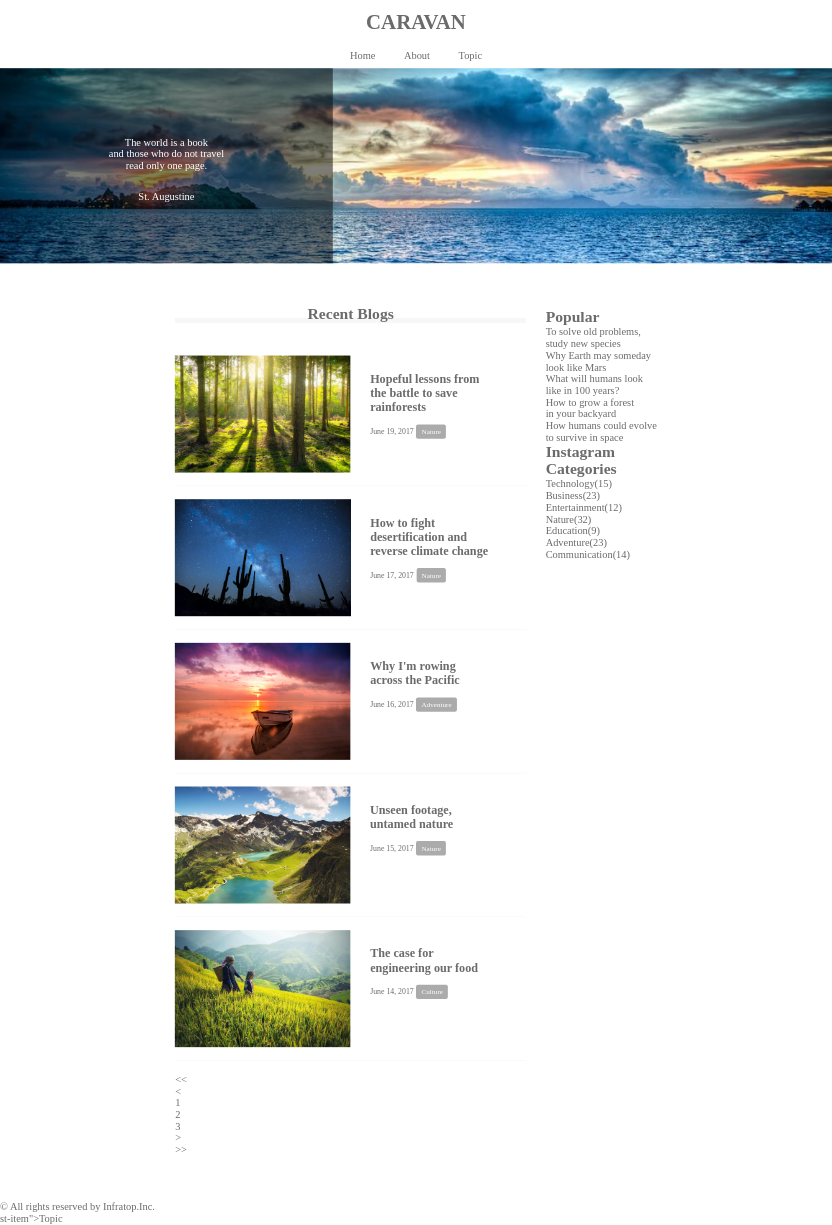
Repository: ayakodesu/html-practice
Page: caravan/index.html
The author's editor kept a record of every edit. The page is drawn from the files as they stood at one moment, then again after the next edit.
The browser window is 1280 px wide. The pictures show the whole page, at 65% of full size.

Above is the page before.

### caravan/index.html
<!DOCTYPE html>
<html lang="ja">
  <head>
    <meta charset="UTF-8" />
    <!-- CSSファイルの読み込み -->
    <link rel="stylesheet" href="style.css" />
    <title>CARAVAN</title>
  </head>

  <body>
    <!-- header -->
    <header>
      <h1 class="heading">
        <a href="index.html">
          CARAVAN
        </a>
      </h1>
    </header>

    <!-- navigation -->
    <nav>
      <ul class="nav-list">
        <li class="nav-list-item">
          <a href="index.html">Home</a>
        </li>
        <li class="nav-list-item">About</li>
        <li class="nav-list-item">Topic</li>
      </ul>
    </nav>

    <!-- main-visual用のdiv -->
    <div class="main-visual">
      <div class="main-visual-content">
        <p class="main-visual-text">
          The world is a book<br />
          and those who do not travel<br />
          read only one page.
        </p>
        <p class="main-visual-name">
          St. Augustine
        </p>
      </div>
    </div>

    <!-- main用のdiv -->
    <main>
      <section class="blog">
        <h2 class="blog-heading">Recent Blogs</h2>
        <div class="blog-box">
          <div class="blog-item">
            <img class="blog-image" src="img/forest.jpg" />
            <section class="blog-text">
              <h3 class="blog-text-heading">
                <a href="single.html">
                  Hopeful lessons from<br />
                  the battle to save<br />
                  rainforests
                </a>
              </h3>
              <p class="blog-date">June 19, 2017</p>
              <span class="category">Nature</span>
            </section>
          </div>
          <div class="blog-item">
            <img class="blog-image" src="img/desert.jpg" />
            <section class="blog-text">
              <h3 class="blog-text-heading">
                <a href="single.html">
                  How to fight<br />
                  desertification and<br />
                  reverse climate change
                </a>
              </h3>
              <p class="blog-date">June 17, 2017</p>
              <span class="category">Nature</span>
            </section>
          </div>
          <div class="blog-item">
            <img class="blog-image" src="img/sunset.jpg" />
            <section class="blog-text">
              <h3 class="blog-text-heading">
                <a href="single.html">
                  Why I'm rowing<br />
                  across the Pacific
                </a>
              </h3>
              <p class="blog-date">June 16, 2017</p>
              <span class="category">Adventure</span>
            </section>
          </div>
          <div class="blog-item">
            <img class="blog-image" src="img/italy.jpg" />
            <section class="blog-text">
              <h3 class="blog-text-heading">
                <a href="single.html">
                  Unseen footage,<br />
                  untamed nature
                </a>
              </h3>
              <p class="blog-date">June 15, 2017</p>
              <span class="category">Nature</span>
            </section>
          </div>
          <div class="blog-item">
            <img class="blog-image" src="img/asia.jpg" />
            <section class="blog-text">
              <h3 class="blog-text-heading">
                <a href="single.html">
                  The case for<br />
                  engineering our food
                </a>
              </h3>
              <p class="blog-date">June 14, 2017</p>
              <span class="category">Culture</span>
            </section>
          </div>
        </div>
        <div class="pagination">
          <p><<</p>
          <p><</p>
          <p>1</p>
          <p>2</p>
          <p>3</p>
          <p>></p>
          <p>>></p>
        </div>      </section>
      <div class="sidebar">
        <section class="popular">
          <h2 class="popular-heading common-heading">Popular</h2>
          <div class="sidebar-contents">
            <p class="popular-text">
              To solve old problems,<br />study new species
            </p>
            <p class="popular-text">
              Why Earth may someday<br />look like Mars
            </p>
            <p class="popular-text">
              What will humans look<br />like in 100 years?
            </p>
            <p class="popular-text">
              How to grow a forest<br />in your backyard
            </p>
            <p class="popular-text">
              How humans could evolve<br />to survive in space
            </p>
          </div>
        </section>
        <section class="instagram">
          <h2 class="instagram-heading common-heading">Instagram</h2>
          <div class="sidebar-contents">
            <div class="instagram-box"></div>
            <div class="instagram-box"></div>
            <div class="instagram-box"></div>
            <div class="instagram-box"></div>
            <div class="instagram-box"></div>
            <div class="instagram-box"></div>
          </div>
        </section>
        <section class="categories">
          <h2 class="categories-heading common-heading">Categories</h2>
          <div class="sidebar-contents">
            <p class="categories-text">Technology(15)</p>
            <p class="categories-text">Business(23)</p>
            <p class="categories-text">Entertainment(12)</p>
            <p class="categories-text">Nature(32)</p>
            <p class="categories-text">Education(9)</p>
            <p class="categories-text">Adventure(23)</p>
            <p class="categories-text">Communication(14)</p>
          </div>
        </section>
      </div>
    </main>

    <!-- footer -->
    <footer>
      <p class="footer-text">© All rights reserved by Infratop.Inc.</p>
    </footer>
  </body>
</html>st-item">Topic</li>
      </ul>
    </nav>

### caravan/style.css
/* ブラウザがそれぞれ持っているCSSをリセットするための記述*/
 * {
  margin: 0;
  padding: 0;
  box-sizing: border-box;
  color: #6c6b6b;
}

a {
  text-decoration: none;
}

header {
  width: 90%; /* 横幅90% */
  padding: 15px 0;
  margin: 0 auto;
  text-align: center;
}

header .heading { /* headerタグ内のheadingクラスにのみ反映される */
  font-size: 32px;
}

.nav-list {
  text-align: center;
  padding: 10px 0;
  margin: 0 auto;
}

.nav-list-item {
  list-style: none;
  display: inline-block;
  margin: 0 20px;
}

.main-visual {
  width: 100%; /* 横幅いっぱい */
  height: 300px; /* 高さ300px */
   background-image: url(img/mv.jpg);
   background-size: cover;
   background-position: center;
}

.main-visual-content {
  width: 40%;
  height: 300px;
  background-color: rgba( 0, 0, 0, 0.5);
  text-align: center;
  padding-top: 105px;
}

.main-visual-text {
  color: #fff; /* 文字色を白に変更 */
}

.main-visual-name {
  margin-top: 30px; /* 上側の外側の余白 */
  color: #fff; /* 文字色を白に変更 */
}

main {
  width: 800px;
  display:flex;
  justify-content: center;
  margin: 0 auto;
  padding: 70px 0;
}


.blog {
  width: 540px;
  margin-right: 30px;
}

.blog-heading {
  border-bottom: 8px solid #f7f7f7;
  text-align: center;
  line-height: 0.6;
}

.blog-box {
  padding-top: 50px;
}

.blog-item {
  padding-bottom: 20px;
  margin-bottom: 20px;
  border-bottom: 1px solid #f7f7f7;
  display: flex;
  justify-content: flex-start;
}

.blog-image {
  height: 180px;
}

.blog-text {
  padding: 25px 0 0 30px;
}

.blog-text-heading {
  padding-bottom: 15px;
}



.blog-date {
  font-size: 12px;
  display: inline-block;
}

.category {
  display: inline-block;
  padding: 5px 8px;
  background-color: #acabab;
  border-radius: 3px;
  color: #fff;
  font-size: 11px;


.pagination {
  text-aligm: center;
  padding-top: 50px;
}

.pagination p {
  display: inline-block;
  wigth: 30px;
  height: 30px;
  margin: 0 5px;
  color: #fff;
  background-color: #acabab;
  border-radius: 3px;
  line-height: 30px;
}



.sidebar {
  width: 230px;
}

.common-heading {
  border-bottom: 8px sold #f7f7f7;
  text-align: senter;
  line-height: 0.6;
}

.sidebar-contents {
  padding: 50px 0;
}

.popular-text,
.categories-text {
  padding-bottom: 5px;
  border-bottom: 1px solid #f7f7f7;
  margin-bottom: 5px;
}

.popular-text:last-child,
.categorise-text:last-child {
  margin: 0;
  padding: 0;
  border: none;
}

.instagram .sidebar-contents {
  deisplay: flex;
  flex-wrap: wrap;
}

.instagram-box {
  width: 110px;
  padding-top: 110px;
  background-size: cober;
  background-position: center;
  margin-bottom: 10px;
}

.instagram-box:nth-child(odd) {
  margin: 0 10px 10px 0;
}

.instagram-box:nth-child(1) {
  background-image: url(img/airport.jpg);
}

.instagram-box:nth-child(2) {
  background-image: url(img/japan.jpg);
}

.instagram-box:nth-child(3) {
  background-image: url(img/snow.jpg);
}

.instagram-box:nth-child(4) {
  background-image: url(img/japan2.jpg);
}

.instagram-box:nth-child(5) {
  background-image: url(img/lake.jpg);
}

.instagram-box:nth-child(6) {
  background-image: url(img/road.jpg);
}






footer {
  width: 100%;
  height: 120px;
  text-align: center;
  line-height: 120px;
  background-color: #848282;
}

.footer-text {
  color: #fff;
}

After the next edit:
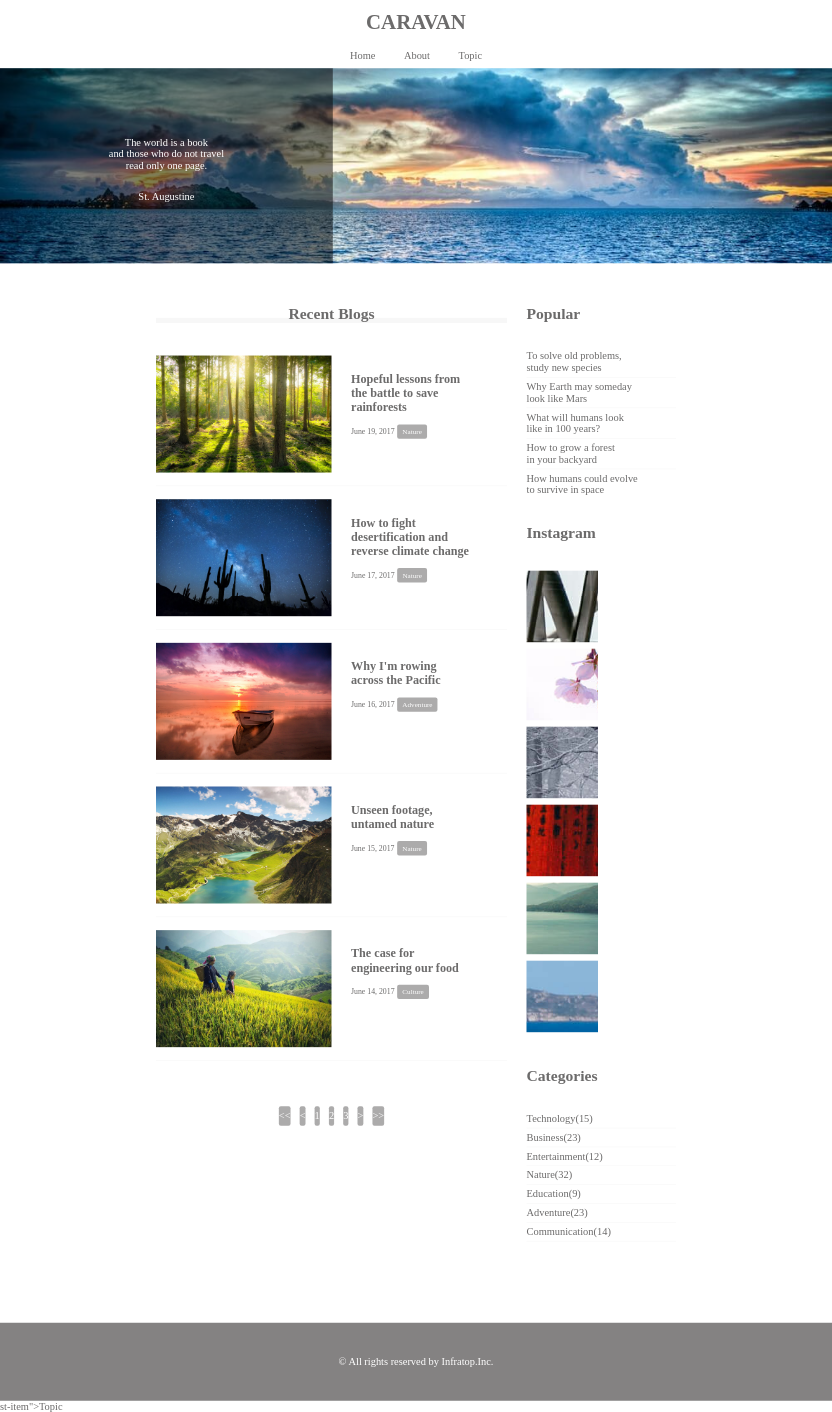
The edit:
--- a/caravan/style.css
+++ b/caravan/style.css
@@ -116,10 +116,10 @@
   border-radius: 3px;
   color: #fff;
   font-size: 11px;
-
+}
 
 .pagination {
-  text-aligm: center;
+  text-align: center;
   padding-top: 50px;
 }
 
